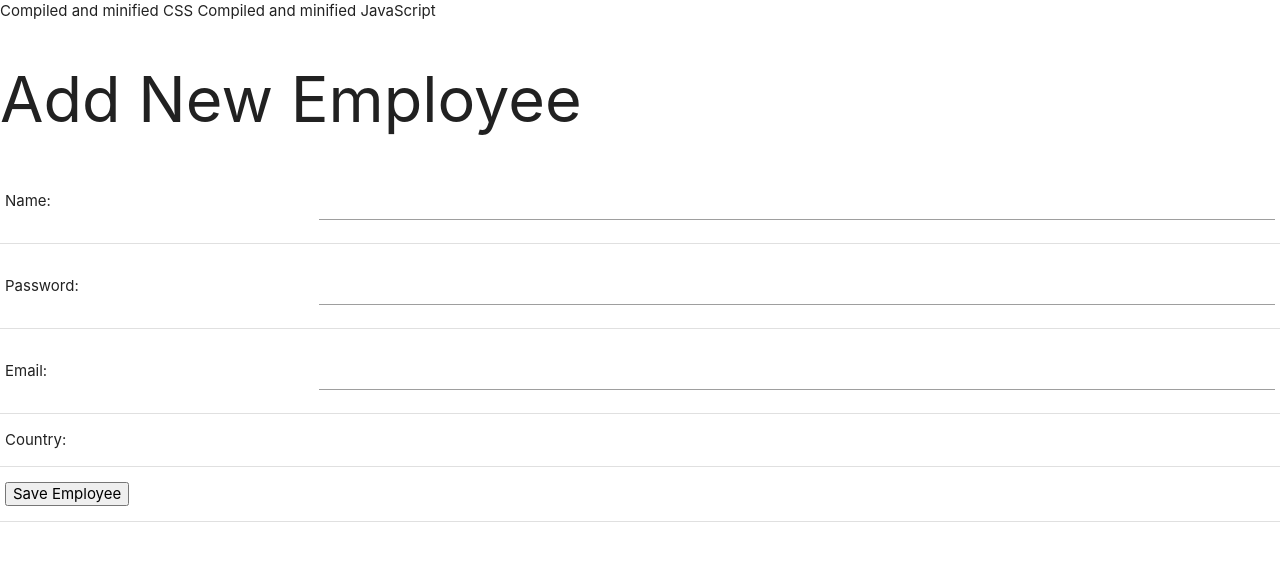
Repository: mubashirkhan1/Corejsvs__Programs
Page: basicprogram/TestWeb/WebContent/crud1.html
The author's editor kept a copy of each file at every save. The page is drawn from the files as they stood at one save, then again after the next save.
The browser window is 1280 px wide. The pictures show the whole page.

Above is the page before, as saved 2021-03-11 00:29:19.

### basicprogram/TestWeb/WebContent/crud1.html
<!DOCTYPE html>
<html>
<head>
<meta charset="ISO-8859-1">
<title>Insert title here</title>
</head>




    Compiled and minified CSS
    <link rel="stylesheet" href="https://cdnjs.cloudflare.com/ajax/libs/materialize/1.0.0/css/materialize.min.css">

     Compiled and minified JavaScript
    <script src="https://cdnjs.cloudflare.com/ajax/libs/materialize/1.0.0/js/materialize.min.js"></script>

</head>
<body>


<h1>Add New Employee</h1>
<form action=>
<table>
<tr><td>Name:</td><td><input type="text" name="name"/></td></tr>
<tr><td>Password:</td><td><input type="password" name="password"/></td></tr>
<tr><td>Email:</td><td><input type="email" name="email"/></td></tr>
<tr><td>Country:</td><td>
<select name="country" style="width:150px">
<option>India</option>
<option>USA</option>
<option>UK</option>
<option>Other</option>
</select>
</td></tr>
<tr><td colspan="2"><input type="submit" value="Save Employee"/></td></tr>
</table>
</form>

</body>
</html>

After the next save:
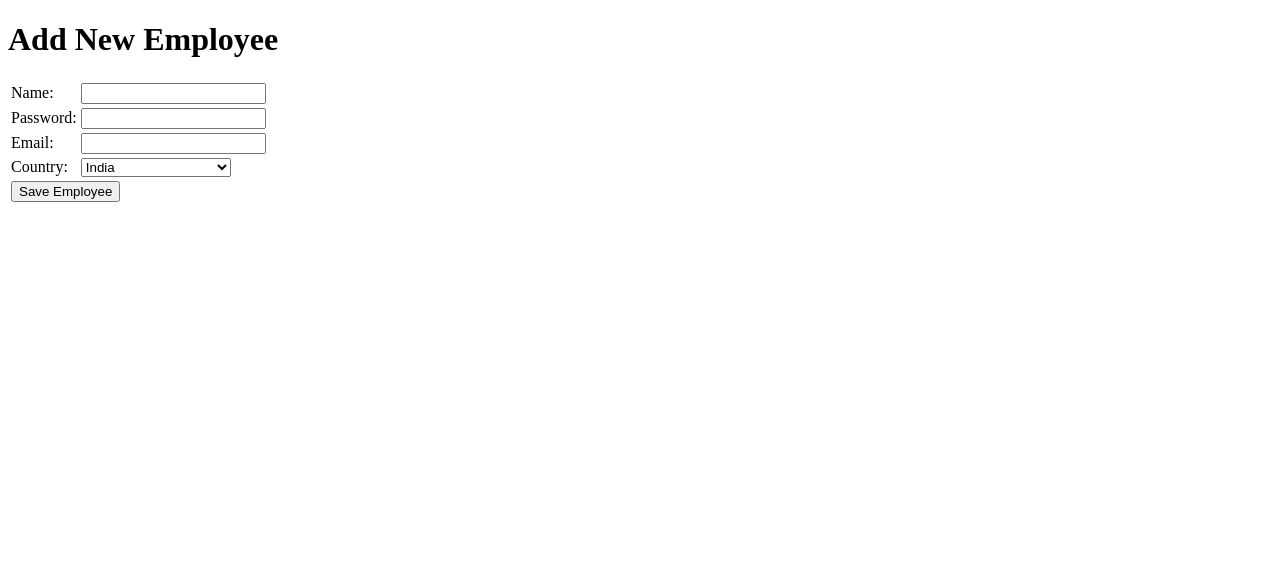
Saved 13 s later.
--- a/basicprogram/TestWeb/WebContent/crud1.html
+++ b/basicprogram/TestWeb/WebContent/crud1.html
@@ -4,15 +4,6 @@
 <meta charset="ISO-8859-1">
 <title>Insert title here</title>
 </head>
-
-
-
-
-    Compiled and minified CSS
-    <link rel="stylesheet" href="https://cdnjs.cloudflare.com/ajax/libs/materialize/1.0.0/css/materialize.min.css">
-
-     Compiled and minified JavaScript
-    <script src="https://cdnjs.cloudflare.com/ajax/libs/materialize/1.0.0/js/materialize.min.js"></script>
 
 </head>
 <body>
